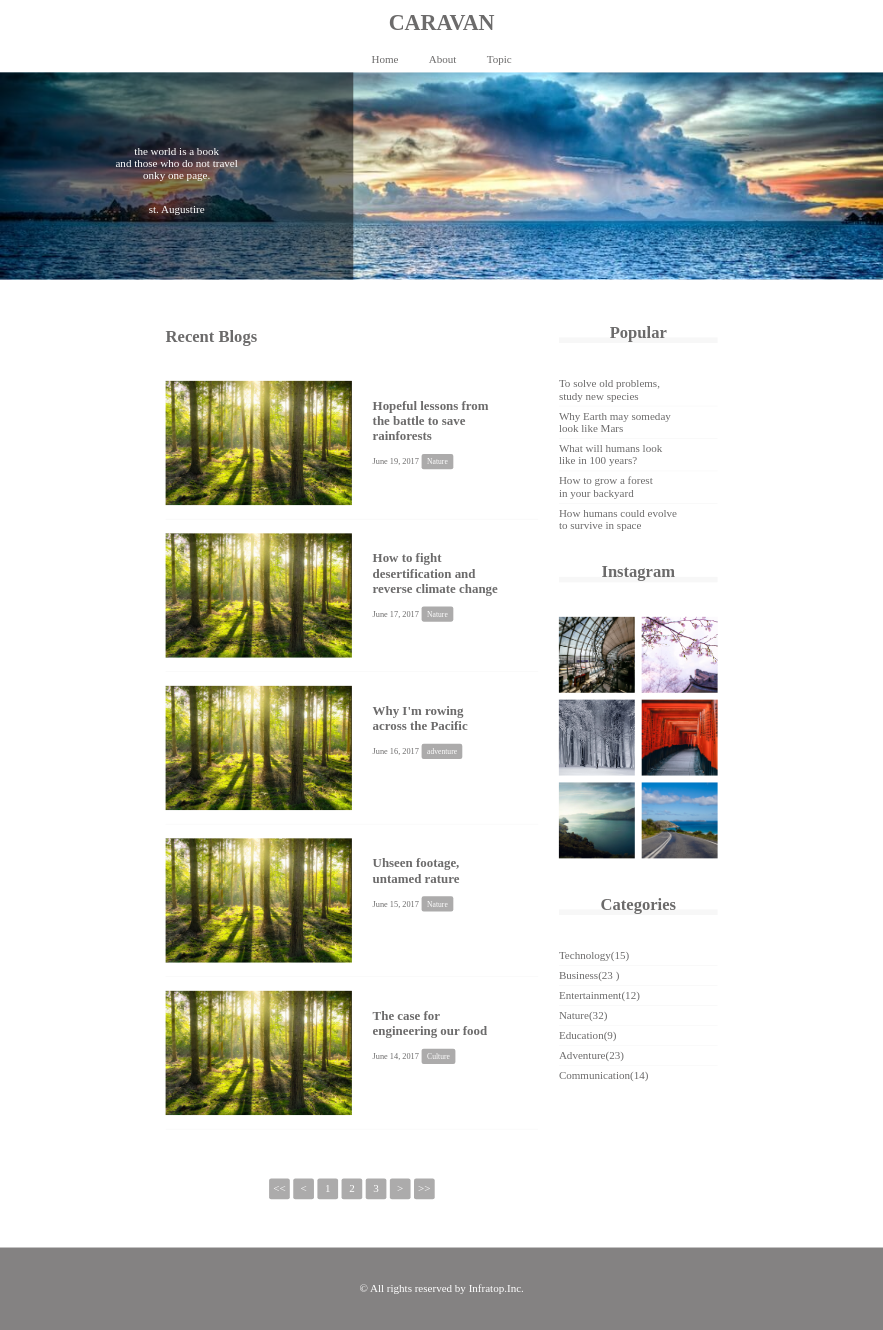
Repository: ishidaryu/ishidaryu
Page: caravan/index.html
The author's editor kept a record of every edit. The page is drawn from the files as they stood at one moment, then again after the next edit.
The browser window is 1280 px wide. The pictures show the whole page, at 69% of full size.

Above is the page before.

### caravan/index.html
<!DOCTYPE html>
<html lang="ja">

  <head>
      <meta charset="utf-8" />
      <link rel="stylesheet" href="style.css" />
      <title>CARAVAN</title>

  </head>

  <body>


    <header>
      <h1 class="heading">
        <a href="index.html">
        CARAVAN
        </a>
        </h1>
    </header>

    <nav>
      <ul class="nav-list">
        <li class="nav-list-item">
          <a href="index.html">Home</a>
        </li>
        <li class="nav-list-item">About</li>
        <li class="nav-list-item">Topic</li>
      </ul>
    </nav>

    <div class="main-visual">
        <div class="main-visual-content">
          <p class="main-visual-text">
            the world is a book<br />
            and those who do not travel<br />
            onky one page.
          </p>
          <p class="main-visual-name">
            st. Augustire
          </p>
        </div>
    </div>

    <main>
      <section class="blog">
        <h2 class="blog-heading">Recent Blogs</h2>
        <div class="blog-box"></div>
        <div class="blog-item">
          <img class="blog-image" src="img/forest.jpg" />
          <section class="blog-text">
            <h3 class="blog-text-heading">
              <a href="single.html">
                Hopeful lessons from<br />
                the battle to save<br />
                rainforests
              </a>
            </h3>
            <p class="blog-date">June 19, 2017</p>
            <span class="category">Nature</span>
          </section>
        </div>


        <div class="blog-item">
          <img class="blog-image" src="img/forest.jpg" />
          <section class="blog-text">
            <h3 class="blog-text-heading">
              <a href="single.html">
                How to fight<br />
                desertification  and<br />
                reverse climate change
              </a>
            </h3>
            <p class="blog-date">June 17, 2017</p>
            <span class="category">Nature</span>
          </section>
        </div>


        <div class="blog-item">
          <img class="blog-image" src="img/forest.jpg">
          <section class="blog-text">
            <h3 class="blog-text-heading">
              <a href="single.html">
                Why I'm rowing<br />

                across the Pacific
              </a>
            </h3>
            <p class="blog-date">June 16, 2017</p>
            <span class="category">adventure</span>
          </section>
        </div>


        <div class="blog-item">
          <img class="blog-image" src="img/forest.jpg">
          <section class="blog-text">
            <h3 class="blog-text-heading">
              <a href="single.html">
                Uhseen footage,<br />
                untamed rature
              </a>
            </h3>
            <p class="blog-date">June 15, 2017</p>
            <span class="category">Nature</span>
          </section>
        </div>


        <div class="blog-item">
          <img class="blog-image" src="img/forest.jpg">
          <section class="blog-text">
            <h3 class="blog-text-heading">
              <a href="single.html">
                The case for<br />
                engineering our food
              </a>
            </h3>
            <p class="blog-date">June 14, 2017</p>
            <span class="category">Culture</span>
          </section>
        </div>

        <div class="pagination">
          <p><<</p>
          <p><</p>
          <p>1</p>
          <p>2</p>
          <p>3</p>
          <p>></p>
          <p>>></p>
        </div>


        </section>

      <div class="sidebar">
        <section class="popular">
          <h2 class="popular-heading common-heading">Popular</h2>
          <div class="sidebar-contents">
            <p class="popular-text">To solve old problems,<br>study new species</p>
            <p class="popular-text">Why Earth may someday<br>look like Mars</p>
            <p class="popular-text">What will humans look<br>like in 100 years?</p>
            <p class="popular-text">How to grow a forest<br>in your backyard</p>
            <p class="popular-text">How humans could evolve<br>to survive in space</p>
          </div>
        </section>
        <section class="instagram">
          <h2 class="instagram-heading common-heading">Instagram</h2>
          <div class="sidebar-contents">
            <div class="instagram-box"></div>
            <div class="instagram-box"></div>
            <div class="instagram-box"></div>
            <div class="instagram-box"></div>
            <div class="instagram-box"></div>
            <div class="instagram-box"></div>
          </div>
        </section>

        <section class="categories">
          <h2 class="categories-heading common-heading">Categories</h2>
          <div class="sidebar-contents">
            <p class="categories-text">
              Technology(15)
              </p>
            <p class="categories-text">
              Business(23
              )</p>
            <p class="categories-text">
              Entertainment(12)
              </p>
            <p class="categories-text">
              Nature(32)</p>
            <p class="categories-text">
              Education(9)
              </p>
            <p class="categories-text">
              Adventure(23)
              </p>
            <p class="categories-text">
              Communication(14)
              </p>
          </div>
        </section>
      </div>

    </main>

    <footer>
      <p class="footer-text">© All rights reserved by Infratop.Inc.</p>
    </footer>

  </body>
</html>

### caravan/style.css
* {
  margin: 0;
  padding: 0;
  box-sizing: border-box;
  color: #6c6b6b;
}

a {
  text-decoration: none;
}

header {
  width: 90%;
  padding: 15px 0;
  margin: 0 auto;
  text-align: center;
}

header .heading {
  font-size: 32px;
}

.nav-list {
  text-align: center;
  padding: 10px 0;
  margin: 0 auto;
}

.nav-list-item {
  list-style: none;
  display: inline-block;
  margin: 0 20px;
}

.main-visual {
  width: 100%;
  height: 300px;
  background-image: url(img/mv.jpg);
  background-size: cover;
  background-position:center;
}

.main-visual-content {
  width: 40%;
  height: 300px;
  background-color: rgba(0, 0, 0, 0.5);
  text-align: center;
  padding-top: 105px;
}

.main-visual-text {
  color: #fff;
}

.main-visual-name {
  margin-top:30px;
  color:#fff;
}

main {
  width:800px;
  display: flex;
  justify-content: center;
  margin: 0 auto;
  padding: 70px 0;
}

.blog {
 width:540px;
 margin-right: 30px;
}

.blog-heding {
  border-bottom: 8px solid #f7f7f7;
  text-align:center;
  line-height: 0.6;
}

.blog-box {
  padding-top: 50px;
}

.blog-item {
  padding-bottom:20px;
  margin-bottom:20px;
  border-bottom:1px solid #f7f7f7;
  display: flex;
  justify-content: flex-start;
}

.blog-image {
  height:180px;
}

.blog-text {
  padding:25px 0 0 30px;
}

.blog-text-heading {
  padding-bottom: 15px;
}

.blog-date {
  font-size: 12px;
  display: inline-block;
}
.category {
  display: inline-block;
  padding: 5px 8px;
  background-color: #acabab;
  border-radius: 3px;
  color: #fff;
  font-size: 11px;
}

.pagination {
  text-align: center;
  padding-top: 50px;
}

.pagination p {
  display: inline-block;
  width:30px;
  height: 30px;
  margin: 0.5px;
  color: #fff;
  background-color: #acabab;
  border-radius: 3px;
  line-height:30px;
}
.sidebar {
 width:230px;
}

.common-heading {
  border-bottom: 8px solid #f7f7f7;
  text-align: center;
  line-height: 0.6;
}

.sidebar-contents {
  padding: 50px 0;
}

.popular-text,
.categories-text {
  padding-bottom: 5px;
  border-bottom: 1px solid #f7f7f7;
  margin-bottom: 5px;
}

.popular-text:last-child,
.categories-text:last-child {
  margin: 0;
  padding: 0;
  border: none;
}

.instagram .sidebar-contents {
  display: flex;
  flex-wrap: wrap;
}

.instagram-box {
  width: 110px;
  padding-top: 110px;
  background-size: cover;
  background-position: center;
  margin-bottom: 10px;
}

.instagram-box:nth-child(odd) {
  margin: 0 10px 10px 0;
}

.instagram-box:nth-child(1) {
  background-image: url(img/airport.jpg);
}

.instagram-box:nth-child(2) {
  background-image: url(img/japan.jpg);
}

.instagram-box:nth-child(3) {
  background-image: url(img/snow.jpg);
}

.instagram-box:nth-child(4) {
  background-image: url(img/japan2.jpg);
}

.instagram-box:nth-child(5) {
  background-image: url(img/lake.jpg);
}

.instagram-box:nth-child(6) {
  background-image: url(img/road.jpg);
}

footer {
  width: 100%;
  height: 120px;
  text-align: center;
  line-height: 120px;
  background-color: #848282;
}

.footer-text {
  color: #fff;
}

After the next edit:
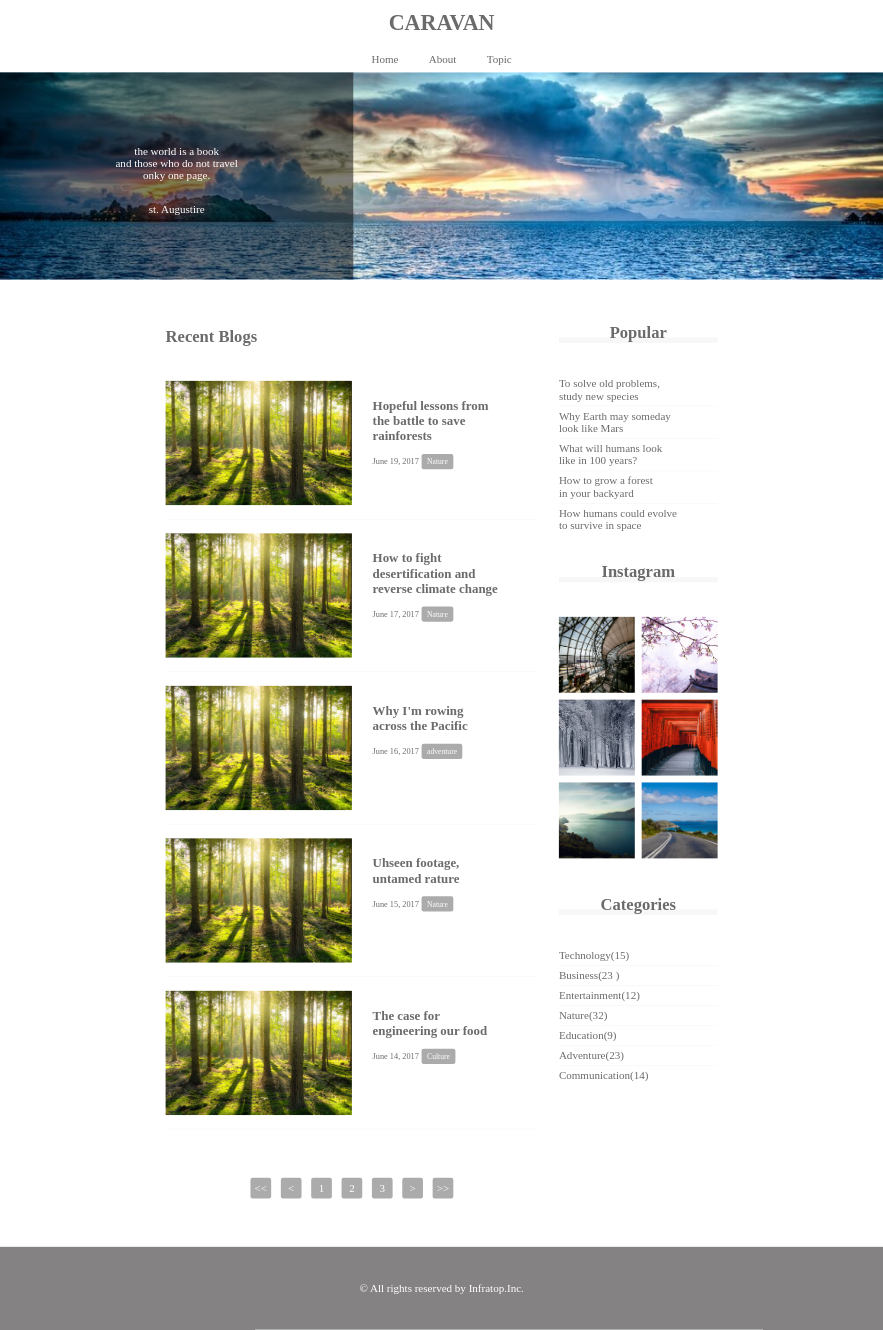
The edit:
--- a/caravan/style.css
+++ b/caravan/style.css
@@ -122,7 +122,7 @@
   display: inline-block;
   width:30px;
   height: 30px;
-  margin: 0.5px;
+  margin: 0 5px;
   color: #fff;
   background-color: #acabab;
   border-radius: 3px;
